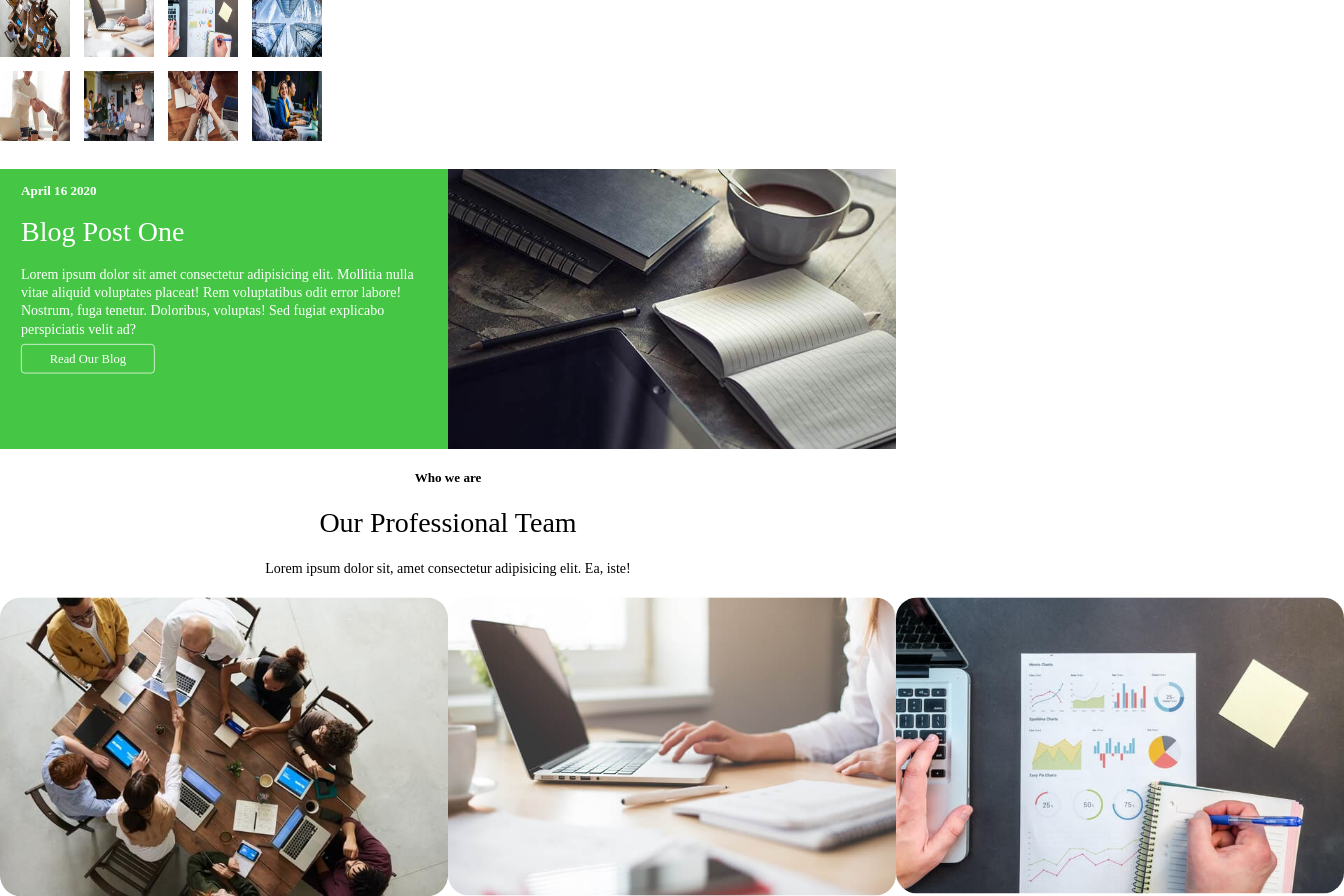
Repository: reemoon-ctrl/swiftdisk-Website-Flexbox
Page: index.html
These files come from the project's save history. The page is drawn as it stood at one moment and after a run of saves; the edit follows.
The browser window is 1280 px wide. The page is 1920 px wide, then 1280 px, so the pictures cover 1920 px, including what lies to the right of the window. The pictures show the part of the page from y = 1669 to 2949 px (the page is 2949 px tall before and 2607 px after), at 70% of full size.

Above is the page before, as saved 2024-07-27 09:59:47.

After the next 2 saves:
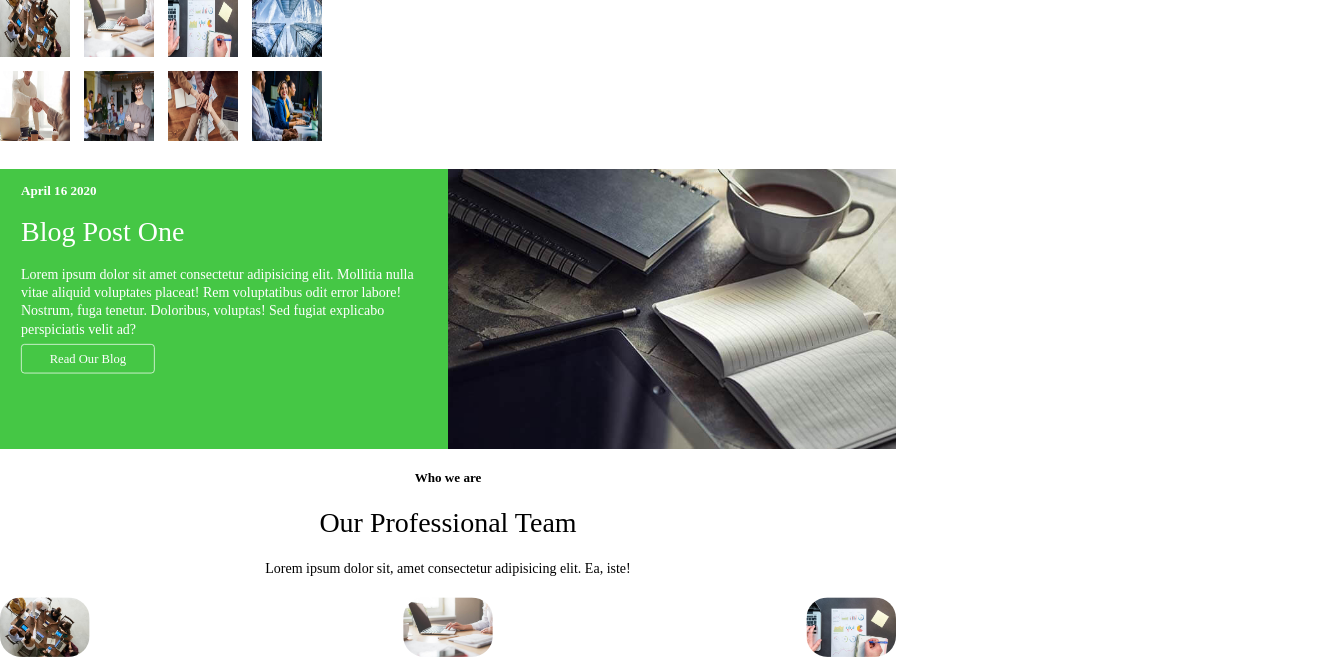
The 2 saves are shown as one change because they came seconds apart.
The last was saved 6 s later.
--- a/index.css
+++ b/index.css
@@ -220,7 +220,7 @@ body{
 
 }
 .tmimg{
-    width: 100%%;
+    width: 10%;
     height:15%;
     border-radius: 30px;
 
